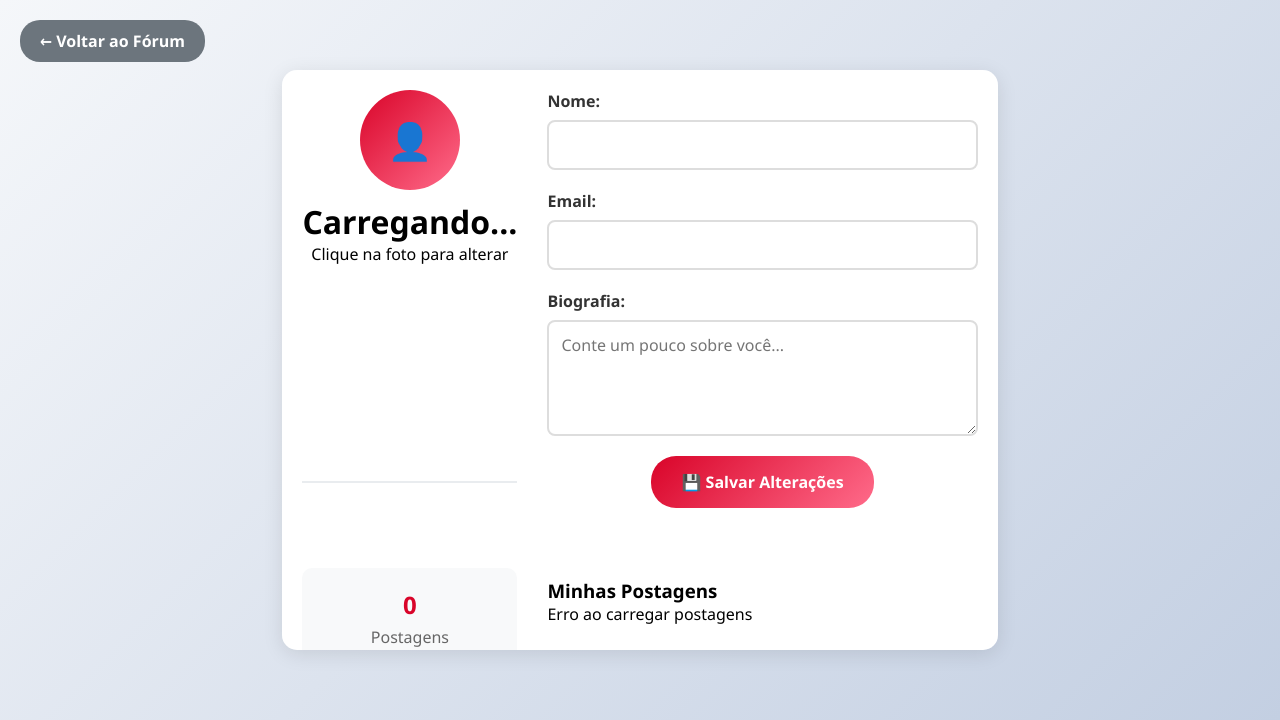
Repository: annaluizapm/MicroMidia
Page: front/HTML/perfil.html
These files come from the project's save history. The page is drawn as it stood at one moment and after the next save; the edit follows.
The browser window is 1280 px wide. The pictures show the whole page.
The page's requests for data from a server got no answer. An inner scrolling area shows only its first screen.

Above is the page before, as saved 2025-08-16 00:40:24.

### front/HTML/perfil.html
<!DOCTYPE html>
<html lang="pt-BR">
<head>
    <meta charset="UTF-8">
    <meta name="viewport" content="width=device-width, initial-scale=1.0">
    <title>Meu Perfil - Micro Mídia</title>
    <link rel="stylesheet" href="../CSS/style.css">
    <style>
        body {
            margin: 0;
            padding: 0;
            background: linear-gradient(135deg, #f5f7fa 0%, #c3cfe2 100%);
            min-height: 100vh;
        }

        .perfil-container {
            max-width: 1000px;
            margin: 20px auto;
            padding: 20px;
            background: white;
            border-radius: 15px;
            box-shadow: 0 4px 20px rgba(0,0,0,0.1);
            height: calc(100vh - 140px);
            overflow-y: auto;
            display: grid;
            grid-template-columns: 1fr 2fr;
            gap: 30px;
        }

        .perfil-sidebar {
            background: #f8f9fa;
            padding: 25px;
            border-radius: 12px;
            height: fit-content;
            position: sticky;
            top: 20px;
        }

        .perfil-content {
            padding: 0;
        }

        .perfil-header {
            text-align: center;
            margin-bottom: 25px;
            padding-bottom: 20px;
            border-bottom: 2px solid #e9ecef;
        }

        .foto-perfil {
            width: 100px;
            height: 100px;
            border-radius: 50%;
            object-fit: cover;
            border: 3px solid #D90429;
            margin-bottom: 10px;
            cursor: pointer;
        }

        .foto-placeholder {
            width: 100px;
            height: 100px;
            border-radius: 50%;
            background: linear-gradient(135deg, #D90429, #ff6b8a);
            display: flex;
            align-items: center;
            justify-content: center;
            color: white;
            font-size: 36px;
            margin: 0 auto 10px;
            cursor: pointer;
        }

        .perfil-form {
            display: grid;
            gap: 20px;
        }

        .form-group {
            display: flex;
            flex-direction: column;
        }

        .form-group label {
            font-weight: 600;
            margin-bottom: 8px;
            color: #333;
        }

        .form-group input, .form-group textarea {
            padding: 12px;
            border: 2px solid #ddd;
            border-radius: 8px;
            font-size: 16px;
            transition: border-color 0.3s;
        }

        .form-group input:focus, .form-group textarea:focus {
            outline: none;
            border-color: #D90429;
            box-shadow: 0 0 0 3px rgba(217, 4, 41, 0.1);
        }

        .btn-salvar {
            background: linear-gradient(135deg, #D90429 0%, #ff6b8a 100%);
            color: white;
            border: none;
            padding: 15px 30px;
            border-radius: 25px;
            font-size: 16px;
            font-weight: 600;
            cursor: pointer;
            transition: all 0.3s ease;
            justify-self: center;
            width: fit-content;
        }

        .btn-salvar:hover {
            transform: translateY(-2px);
            box-shadow: 0 6px 20px rgba(217, 4, 41, 0.4);
        }

        .estatisticas {
            display: grid;
            grid-template-columns: repeat(auto-fit, minmax(150px, 1fr));
            gap: 15px;
            margin-top: 30px;
        }

        .stat-card {
            background: #f8f9fa;
            padding: 20px;
            border-radius: 10px;
            text-align: center;
        }

        .stat-number {
            font-size: 24px;
            font-weight: bold;
            color: #D90429;
        }

        .stat-label {
            color: #666;
            margin-top: 5px;
        }

        .minhas-postagens {
            margin-top: 40px;
        }

        .post-item {
            background: #f8f9fa;
            padding: 15px;
            border-radius: 10px;
            margin-bottom: 10px;
            border-left: 4px solid #D90429;
        }

        .post-content {
            margin-bottom: 10px;
        }

        .post-meta {
            font-size: 12px;
            color: #666;
            display: flex;
            justify-content: space-between;
        }

        #file-input {
            display: none;
        }

        .voltar-btn {
            position: absolute;
            top: 20px;
            left: 20px;
            background: #6c757d;
            color: white;
            text-decoration: none;
            padding: 10px 20px;
            border-radius: 20px;
            font-weight: 600;
            transition: all 0.3s;
        }

        .voltar-btn:hover {
            background: #5a6268;
            transform: translateY(-2px);
        }
    </style>
</head>
<body>
    <a href="forum.html" class="voltar-btn">← Voltar ao Fórum</a>

    <div class="perfil-container">
        <div class="perfil-header">
            <div class="foto-placeholder" id="foto-container" onclick="document.getElementById('file-input').click()">
                👤
            </div>
            <input type="file" id="file-input" accept="image/*" onchange="handleFotoUpload(event)">
            <h1 id="nome-usuario">Carregando...</h1>
            <p>Clique na foto para alterar</p>
        </div>

        <form class="perfil-form" id="perfil-form">
            <div class="form-group">
                <label for="nome">Nome:</label>
                <input type="text" id="nome" name="nome" required>
            </div>

            <div class="form-group">
                <label for="email">Email:</label>
                <input type="email" id="email" name="email" required>
            </div>

            <div class="form-group">
                <label for="bio">Biografia:</label>
                <textarea id="bio" name="bio" rows="4" placeholder="Conte um pouco sobre você..."></textarea>
            </div>

            <button type="submit" class="btn-salvar">💾 Salvar Alterações</button>
        </form>

        <div class="estatisticas">
            <div class="stat-card">
                <div class="stat-number" id="total-postagens">0</div>
                <div class="stat-label">Postagens</div>
            </div>
            <div class="stat-card">
                <div class="stat-number" id="total-curtidas">0</div>
                <div class="stat-label">Curtidas Recebidas</div>
            </div>
            <div class="stat-card">
                <div class="stat-number" id="total-comentarios">0</div>
                <div class="stat-label">Comentários</div>
            </div>
        </div>

        <div class="minhas-postagens">
            <h3>Minhas Postagens</h3>
            <div id="lista-postagens">
                <p>Carregando suas postagens...</p>
            </div>
        </div>
    </div>

    <script src="../JS/script.js"></script>
    <script>
        // Variável global para o usuário atual
        let usuarioAtual = JSON.parse(localStorage.getItem('usuarioLogado')) || {id: 1};

        // Carregar dados do perfil ao carregar a página
        document.addEventListener('DOMContentLoaded', async () => {
            await carregarPerfilUsuario();
            await carregarPostagensUsuario();
            await carregarEstatisticas();

            // Configurar formulário
            document.getElementById('perfil-form').addEventListener('submit', handleSalvarPerfil);
        });

        // Carregar dados do usuário
        async function carregarPerfilUsuario() {
            try {
                const response = await fetch(`${API_BASE_URL}/usuarios/${usuarioAtual.id}`);
                if (response.ok) {
                    const usuario = await response.json();

                    document.getElementById('nome-usuario').textContent = usuario.nome;
                    document.getElementById('nome').value = usuario.nome;
                    document.getElementById('email').value = usuario.email;
                    document.getElementById('bio').value = usuario.bio || '';

                    // Carregar foto se existir
                    if (usuario.foto_perfil) {
                        const fotoContainer = document.getElementById('foto-container');
                        fotoContainer.innerHTML = `<img src="${usuario.foto_perfil}" class="foto-perfil" alt="Foto do perfil">`;
                    }
                }
            } catch (error) {
                console.error('Erro ao carregar perfil:', error);
            }
        }

        // Salvar alterações do perfil
        async function handleSalvarPerfil(event) {
            event.preventDefault();

            const nome = document.getElementById('nome').value;
            const email = document.getElementById('email').value;
            const bio = document.getElementById('bio').value;

            try {
                const response = await fetch(`${API_BASE_URL}/usuarios/${usuarioAtual.id}`, {
                    method: 'PUT',
                    headers: {
                        'Content-Type': 'application/json'
                    },
                    body: JSON.stringify({ nome, email, bio })
                });

                if (response.ok) {
                    mostrarMensagem('Perfil atualizado com sucesso!', 'sucesso');
                    document.getElementById('nome-usuario').textContent = nome;

                    // Atualizar localStorage
                    usuarioAtual.nome = nome;
                    usuarioAtual.email = email;
                    usuarioAtual.bio = bio;
                    localStorage.setItem('usuarioLogado', JSON.stringify(usuarioAtual));
                } else {
                    mostrarMensagem('Erro ao atualizar perfil', 'erro');
                }
            } catch (error) {
                console.error('Erro ao salvar perfil:', error);
                mostrarMensagem('Erro de conexão', 'erro');
            }
        }

        // Upload de foto (simulado - só frontend por simplicidade)
        function handleFotoUpload(event) {
            const file = event.target.files[0];
            if (file) {
                const reader = new FileReader();
                reader.onload = function(e) {
                    const fotoContainer = document.getElementById('foto-container');
                    fotoContainer.innerHTML = `<img src="${e.target.result}" class="foto-perfil" alt="Foto do perfil">`;
                    mostrarMensagem('Foto alterada! (Salve para aplicar)', 'sucesso');
                };
                reader.readAsDataURL(file);
            }
        }

        // Carregar postagens do usuário
        async function carregarPostagensUsuario() {
            try {
                const response = await fetch(`${API_BASE_URL}/postagens`);
                if (response.ok) {
                    const todasPostagens = await response.json();
                    const minhasPostagens = todasPostagens.filter(p => p.usuario_id === usuarioAtual.id);

                    const container = document.getElementById('lista-postagens');

                    if (minhasPostagens.length === 0) {
                        container.innerHTML = '<p style="color: #666; font-style: italic;">Você ainda não fez nenhuma postagem.</p>';
                        return;
                    }

                    container.innerHTML = minhasPostagens.map(post => `
                        <div class="post-item">
                            <div class="post-content">${post.conteudo}</div>
                            <div class="post-meta">
                                <span>${new Date(post.criado_em).toLocaleString()}</span>
                                <span>❤️ ${post.curtidas || 0} | 💬 ${post.comentarios || 0}</span>
                            </div>
                        </div>
                    `).join('');
                }
            } catch (error) {
                console.error('Erro ao carregar postagens:', error);
                document.getElementById('lista-postagens').innerHTML = '<p>Erro ao carregar postagens</p>';
            }
        }

        // Carregar estatísticas
        async function carregarEstatisticas() {
            try {
                const response = await fetch(`${API_BASE_URL}/postagens`);
                if (response.ok) {
                    const todasPostagens = await response.json();
                    const minhasPostagens = todasPostagens.filter(p => p.usuario_id === usuarioAtual.id);

                    const totalPostagens = minhasPostagens.length;
                    const totalCurtidas = minhasPostagens.reduce((sum, post) => sum + (post.curtidas || 0), 0);
                    const totalComentarios = minhasPostagens.reduce((sum, post) => sum + (post.comentarios || 0), 0);

                    document.getElementById('total-postagens').textContent = totalPostagens;
                    document.getElementById('total-curtidas').textContent = totalCurtidas;
                    document.getElementById('total-comentarios').textContent = totalComentarios;
                }
            } catch (error) {
                console.error('Erro ao carregar estatísticas:', error);
            }
        }
    </script>
</body>
</html>

### front/CSS/style.css
* {
    margin: 0;
    padding: 0;
    box-sizing: border-box;
    font-family: 'Segoe UI', Tahoma, Geneva, Verdana, sans-serif;
}

body {
    display: flex;
    justify-content: center;
    align-items: center;
    height: 100vh;
    background: linear-gradient(135deg, #EBDFCC 0%, #d4c1a8 100%);
    overflow: hidden;
}

.container {
    display: flex;
    flex-direction: column;
    justify-content: center;
    align-items: center;
    gap: 30px;
    background: rgba(255, 255, 255, 0.9);
    padding: 40px;
    border-radius: 20px;
    box-shadow: 0 15px 35px rgba(0, 0, 0, 0.1);
    backdrop-filter: blur(10px);
    animation: fadeInUp 0.8s ease;
}

@keyframes fadeInUp {
    from {
        opacity: 0;
        transform: translateY(30px);
    }
    to {
        opacity: 1;
        transform: translateY(0);
    }
}

img {
    max-width: 120%;
    height: auto;
    border-radius: 15px;
    transition: transform 0.3s ease;
    box-shadow: 0 8px 25px rgba(0, 0, 0, 0.1);
}

img:hover {
    transform: scale(1.05);
}

.buttons {
    display: flex;
    flex-direction: row;
    justify-content: center;
    align-items: center;
    gap: 20px;
}

.btn-primary {
    padding: 15px 30px;
    background: linear-gradient(135deg, #D90429 0%, #ff6b8a 100%);
    color: white;
    border: none;
    border-radius: 25px;
    cursor: pointer;
    font-weight: 600;
    font-size: 16px;
    transition: all 0.3s ease;
    box-shadow: 0 4px 15px rgba(217, 4, 41, 0.3);
    position: relative;
    overflow: hidden;
}

.btn-primary:hover {
    transform: translateY(-3px);
    box-shadow: 0 6px 20px rgba(217, 4, 41, 0.4);
}

.btn-primary:active {
    transform: translateY(-1px);
}

.btn-primary::before {
    content: '';
    position: absolute;
    top: 0;
    left: -100%;
    width: 100%;
    height: 100%;
    background: linear-gradient(90deg, transparent, rgba(255,255,255,0.2), transparent);
    transition: left 0.5s;
}

.btn-primary:hover::before {
    left: 100%;
}

Loaded but not shown: front/JS/script.js (625 lines, source omitted)

After the next save:
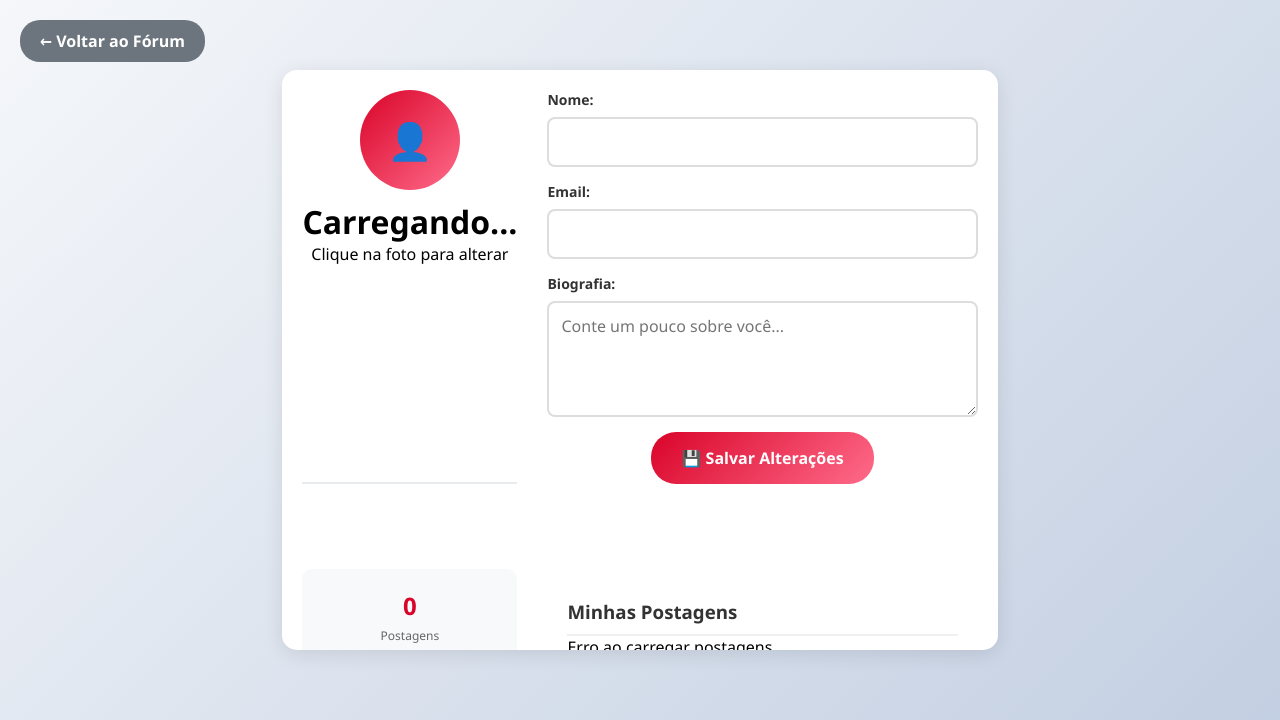
Saved 17 s later.
--- a/front/HTML/perfil.html
+++ b/front/HTML/perfil.html
@@ -73,6 +73,99 @@
 
         .perfil-form {
             display: grid;
+            gap: 15px;
+            margin-bottom: 25px;
+        }
+
+        .form-group {
+            display: flex;
+            flex-direction: column;
+        }
+
+        .form-group label {
+            font-weight: 600;
+            color: #333;
+            margin-bottom: 5px;
+            font-size: 14px;
+        }
+
+        .form-group input,
+        .form-group textarea {
+            padding: 10px;
+            border: 2px solid #ddd;
+            border-radius: 8px;
+            font-size: 14px;
+            transition: border-color 0.3s;
+        }
+
+        .form-group input:focus,
+        .form-group textarea:focus {
+            outline: none;
+            border-color: #D90429;
+        }
+
+        .stats-grid {
+            display: grid;
+            grid-template-columns: repeat(3, 1fr);
+            gap: 15px;
+            margin-bottom: 25px;
+        }
+
+        .stat-item {
+            background: white;
+            border: 2px solid #f0f0f0;
+            padding: 15px;
+            border-radius: 10px;
+            text-align: center;
+        }
+
+        .stat-number {
+            font-size: 24px;
+            font-weight: bold;
+            color: #D90429;
+        }
+
+        .stat-label {
+            color: #666;
+            font-size: 12px;
+            margin-top: 3px;
+        }
+
+        .minhas-postagens {
+            background: white;
+            border-radius: 12px;
+            padding: 20px;
+            max-height: 400px;
+            overflow-y: auto;
+        }
+
+        .minhas-postagens h3 {
+            margin-top: 0;
+            color: #333;
+            border-bottom: 2px solid #f0f0f0;
+            padding-bottom: 10px;
+        }
+
+        .post-item {
+            background: #f8f9fa;
+            padding: 12px;
+            border-radius: 8px;
+            margin-bottom: 10px;
+            border-left: 3px solid #D90429;
+        }
+
+        .post-content {
+            font-size: 14px;
+            color: #333;
+            margin-bottom: 5px;
+        }
+
+        .post-meta {
+            font-size: 11px;
+            color: #666;
+            display: flex;
+            justify-content: space-between;
+        }
             gap: 20px;
         }
 
